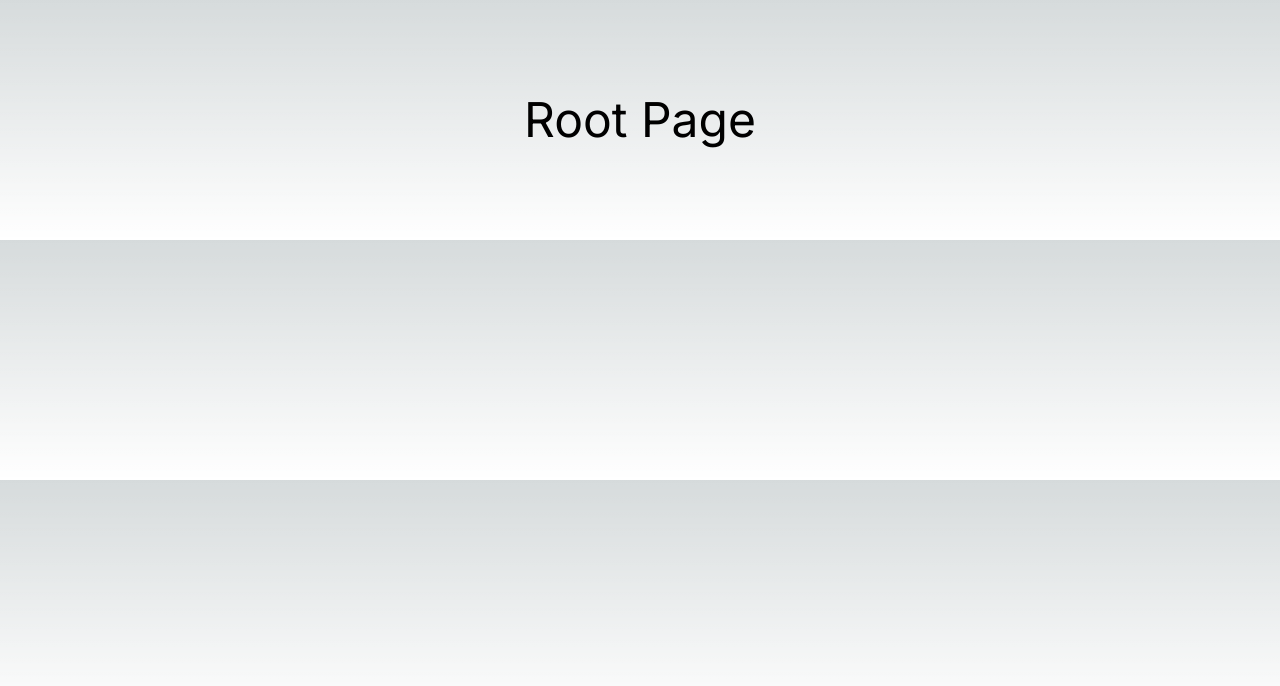
Repository: wellingtondevops/01-first-steps
Page: /
These files come from the project's save history. The page is drawn as it stood at one moment and after the next save; the edit follows.
The browser window is 1280 px wide. The pictures show the whole page.
The project was rebuilt for these pictures with package versions that can differ from the ones it lists, and the page was loaded fresh each time. The framework's server and built-in components were replaced by stand-ins that run in the browser. Also part of the build but not shown: next.config.js.

Above is the page before, as saved 2025-07-12 22:19:51.

After the next save:
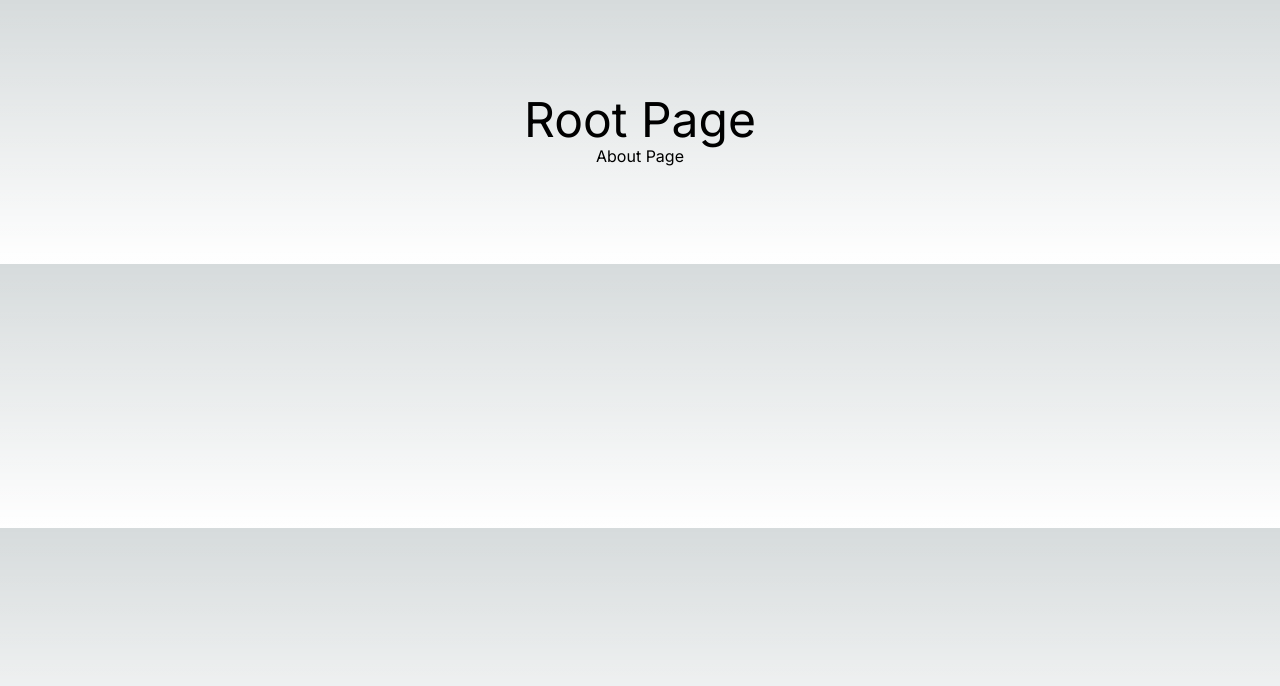
Saved 3 min 27 s later.
--- a/app/page.tsx
+++ b/app/page.tsx
@@ -1,8 +1,10 @@
+import Link from "next/link";
 
 export default function Home() {
   return (
     <main className="flex flex-col items-center p-24">
       <span className="text-5xl">Root Page</span>
+      <Link href={'/about'}>About Page</Link>
     </main>
   )
 }
